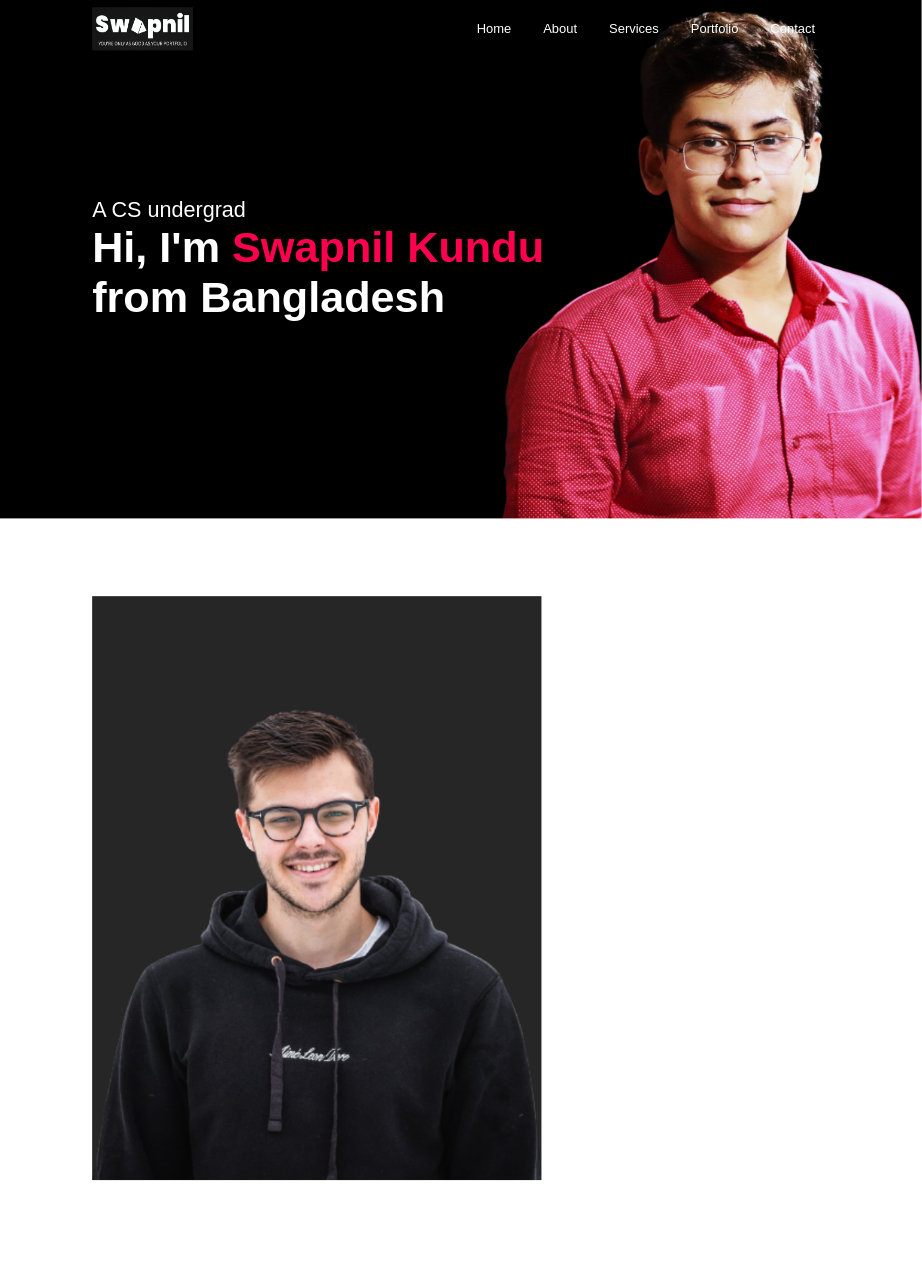
Repository: SwapnilKundu/portfolio
Page: index.html
The author's editor kept a copy of each file at every save. The page is drawn from the files as they stood at one save, then again after a run of saves.
The browser window is 1280 px wide. The pictures show the whole page, at 72% of full size.

Above is the page before, as saved 2024-01-19 10:21:04.

### index.html
<!DOCTYPE html>
<html lang="en">
<head>
    <meta charset="UTF-8">
    <meta name="viewport" content="width=device-width, initial-scale=1.0">
    <title>Personal Portfolio Website</title>
    <link rel="stylesheet" href="style.css">
</head>
<body>
  <div id="header">
    <div class="container">
        <nav>
            <img src="images/logo1.png" class= "logo" width="40" height="60">
            <ul>
                <li><a href ="#">Home</a></li>
                <li><a href ="#">About</a></li>
                <li><a href ="#">Services</a></li>
                <li><a href ="#">Portfolio</a></li>
                <li><a href ="#">Contact</a></li>
            </ul>
        </nav>
        <div class="header-text">

            <p>A CS undergrad </p>
            <h1>Hi, I'm <span>Swapnil Kundu</span> <br> from Bangladesh</h1>
        </div>
    </div>
  </div>
  -----about-------
  <div id ="about">
    <div class ="container">

        <div class ="row">
            <div class ="about-col-1">
                <img src="images/user.png">
            </div>
            <div class ="about-col-2">

                <h1>
                    About Me
                </h1>
            </div>

        </div>
    </div>
  </div>
</body>
</html>

### style.css
*
{
    margin: 0;
    padding: 0;
    font-family: 'Poppins',sans-serif;
    box-sizing: border-box;
}

body
{
    background: #ffff;
    color: #fff;
}
#header
{
    width: 100%;
    height: 100vh;
    background-image: url(images/ccc2.png);
    background-size: cover;
    background-position: left;
    background-repeat: no-repeat;
    overflow: hidden;
}
.container
{
padding: 10px 10%;
}
nav{
    display: flex;
    align-items: center;
    justify-content: space-between;
    flex-wrap: wrap;
}
.logo{
    width: 140px;
}

nav ul li{
    display:inline-block;
    list-style: none;
    margin: 10px 20px;

}
nav ul li a{
    color: #fff;
    text-decoration:none ;
    font-size: 18px;
    position: relative;
}

nav ul li a::after
{
    content: '';
    width:0;
    height:3px;
    background:#ff004f;
    position: absolute;
    left: 0;
    bottom: -6px;
    transition: 0.5s;

}
nav ul li a:hover::after
{
    width:100%;
}
.header-text{
    margin-top: 20%;
    font-size: 30px;
}
.header-text h1
{
    font-size:60px;
}
.header-text h1 span
{
    color:#ff004f;
}

/*aboout*/
#about
{
    padding:80px 0
}

After the next 5 saves:
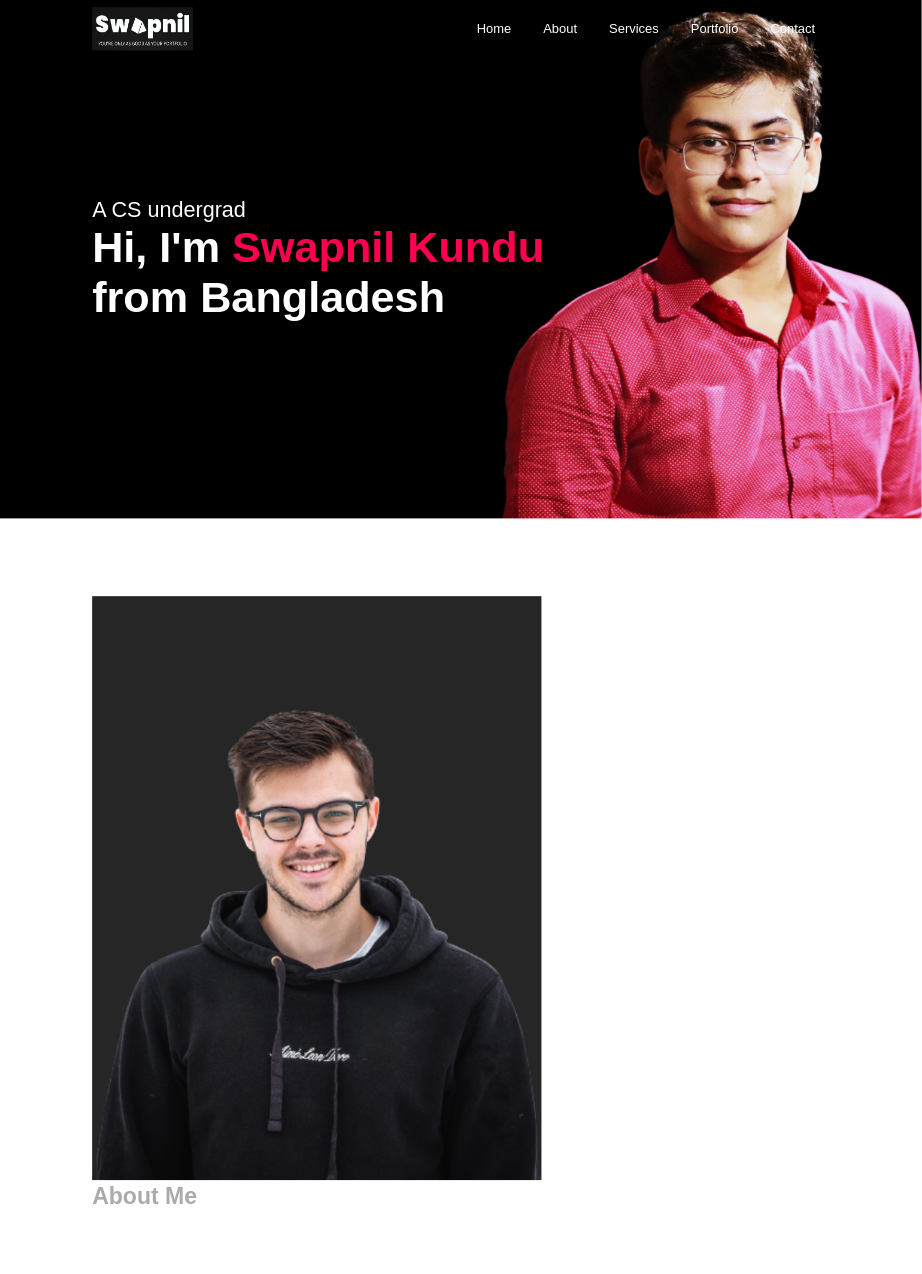
The 5 saves are shown as one change because they came seconds apart.
The last was saved 11 s later.
--- a/style.css
+++ b/style.css
@@ -80,5 +80,6 @@ nav ul li a:hover::after
 /*aboout*/
 #about
 {
-    padding:80px 0
+    padding:80px 0;
+    color:#ababab;
 }
